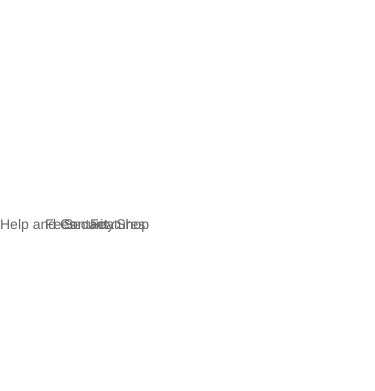
Repository: Jayeola3/Paypal
Page: ppal.html
The author's editor kept a copy of each file at every save. The page is drawn from the files as they stood at one save, then again after the next save.
The browser window is 375 px wide. The pictures show the whole page.
Some web libraries are served in a nearby version.

Above is the page before, as saved 2022-06-29 13:08:16.

### ppal.html
<!DOCTYPE html>
<html lang="en">
<head>
    <meta charset="UTF-8">
    <meta http-equiv="X-UA-Compatible" content="IE=edge">
    <meta name="viewport" content="width=device-width, initial-scale=1.0">
    <title>Document</title>
    <link rel="stylesheet" href="pay.css">
    <link rel="stylesheet" href="paymobile.css">
    <script src="https://kit.fontawesome.com/ae49a07b65.js" crossorigin="anonymous"></script>
    <script>
        function myFunction() {
            //document.getElementById("drops").style.display="block";
            let dosh = document.getElementById("drops");
            let med = document.getElementById("said");
            if (med.onmouseover == true){
                dosh.style.display="block";
            }else {
                dosh.style.display="none";
        }
     }
        </script>
</head>
<body><!----
    <div class="body">
        <div class="head">
            <img src="images/paypal.PNG" alt="" class="pal">
            <h3 class="sonal" id="said" onmouseover="myFunction()">Personal <i class="fa-light fas fa-angle-down"></i></h3>
            <button class="log">Log in</button>
            <button class="sign">Sign up</button>
        </div>
    </div>
    <div class="head2">
        <button class="menus"><i class="fa-light fas fa-bars"></i> Menu</button>
        <img src="images/mobile.JPG" alt="" class="mobpal">
        <button class="logers">Log In</button>
    </div>
    <div class="drop" id="drops">
        <a href="http://" class="link1">How PayPal Works <br><p class="lim">What can you do with a personal account</p></a>
        <a href="http://" class="link2">Pay Online <br><p class="lim2">Online payment without borders</p></a>
        <a href="http://" class="link3">Send Payments <br><p class="lim3">Send payment abroad</p></a>
        <a href="http://" class="link4">Search for Deals <br><p class="lim4">Pay with paypal and save money</p></a>
    </div>
    <div class="div1">
        <div class="in">The simpler, safer <br> way to pay online.</div>
        <button class="free">Sign up for free</button><p class="business">
        Own a business?<a href="http://"> Open a business account</a></p>
    </div>
    <div class="div2">
        <div class="ins">
            Paypal is for everyone who pays online.
        </div>
        <img src="images/1-individuals.jpg" alt="" class="indiv">
        <h3 class="individ">Individuals</h3>
        <p class="reason">Find out why we have more than 200M active accounts worldwide.</p>
        <button class="learn">Learn More</button>
    </div>
    <div class="div3">
        <div class="connect">
            Paypal connects buyers and sellers.
        </div>
        <p class="buys">For buyers <br>____________</p>
        <div class="subs1">
            <img src="images/buyonline_browser1.png" class="image1">
            <div class="num1">
                <p class="one"> 1</p>
             </div>
             <div class="signs">
                 <p  class="steps"><a href="http://" class="links">Sign up</a> with just an email address and <br>password.</p>
             </div>
        </div>
        <div class="subs2">
            <img src="images/buyonline_browser2.png" class="image2">
            <div class="num2">
                <p class="two"> 2</p>
             </div>
             <div class="sig">
                 <p>Securely add a card.</p>
             </div>
        </div>
        <div class="subs3">
            <img src="images/buyonline_browser3.png" class="image3">
            <div class="num3">
                <p class="three"> 3</p>
            </div>
            <div class="sigs">
                <p>Use the paypal button to check out with<br> just an email address and password.</p>
            </div>
        </div>
         <button class="learns"> Learn More</button>
    </div>

    <div class="div4">
        <h2 class="active">Join 200m active PayPal accounts worldwide.</h2>
        <div class="safer">
            <h3 class="safe">Safer and protected</h3>
            <p>Shop with peace of mind. We don't share your full financial information with <br>sellers. And PayPal Buyer Protection covers your eligible purchases if they don't <br>show up or match their description.</p>
            <a href="http://" class="more" id="mores">More about security</a>
        </div>
        <div class="safers">
            <h3 class="safes">Safer and protected</h3>
            <p>Shop with peace of mind. We don't share your<br> full financial information with sellers. And <br>PayPal Buyer Protection covers your eligible <br>purchases if they don't show up or match their <br>description.</p>
            <a href="http://" class="more" id="mores">More about security</a>
        </div>
        <div class="frees">
            <h3 class="front">Mostly free, always upfront</h3>
            <p>its's free to open a PayPal account and buy something using PayPal unless it <br>involves a currency conversion</p>
            <a href="http://" class="more">More about fees</a>
        </div>
        <div class="freess">
            <h3 class="fronts">Mostly free, always <br>upfront</h3>
            <p>its's free to open a PayPal account and buy<br> something using PayPal unless it involves a <br>currency conversion</p>
            <a href="http://" class="more">More about fees</a>
        </div>

        <div class="simple">
            <h3 class="con">Simple and convenient</h3>
            <p >Pay online with yourPayPal password and skip entering your financial <br>information. Or pay even faster with One Touch,stay logged in and check out <br>without entering your password. Plus, rest assured knowing Buyer Protection is <br>available for your eligible purchases.</p>
            <a href="http://" class="more">More about One Touch</a>
        </div>
        <div class="simples">
            <h3 class="cons">Simple and convenient</h3>
            <p >Pay online with yourPayPal password and skip <br> entering your financial information. Or pay even <br>faster with One Touch,stay logged in and <br>check out without entering your password. Plus,<br>rest assured knowing Buyer Protection is <br>available for your eligible purchases.</p>
            <a href="http://" class="more">More about One Touch</a>
        </div>

    </div>
    <div class="div5">
        <h2 class="start">Sign up and get started.</h2>
        <button class="started"> Get Started</button>
    </div>
    <img src="images/flag Niger.png" alt="" class="flags">    -->

    <div class="help">
        <div class="moves">
            <a href="http://" class="lin">Help and Contact</a>
            <a href="http://" class="win"> Fees</a>
            <a href="http://" class="gin">Security</a>
            <a href="http://" class="sin">Features</a>
            <a href="http://" class="qin">Shop</a>
        </div><!----
        <div class="move">
            <a href="http://" class="lin">Help and Contact</a>
            <a href="http://" class="win"> Fees</a>
            <a href="http://" class="gin">Security</a>
            <a href="http://" class="sin">Features</a>
            <a href="http://" class="qin">Shop</a>
        </div><!----
        <div class="bout">
            <a href="http://" class="bin">About</a>
            <a href="http://" class="won">Newsrooms</a>
            <a href="http://" class="gon">Jobs</a>
            <a href="http://" class="son">Sitemaps</a>
            <a href="http://" class="qon">Developers</a>
            <a href="http://" class="rights">1999-2022 All rights reserved.</a>
            <a href="http://" class="access">Accessibility</a>
            <a href="http://" class="privacy">Privacy</a>
            <a href="http://" class="legal">Legal</a>
        </div>
        <p class="limited">PayPal Pte. Ltd. (“3PL”) has applied for a license under the Singapore Payment Services Act (“PS Act”) with the Monetary Authority of Singapore. During this statutory transitional period, 3PL is operating under an <br>exemption from holding a license and is allowed to continue to provide specific payment services.</p>
    </div>
</body>
</html>

### pay.css
*{
    font-family: "Helvetica Neue",Helvetica,Arial,sans-serif;
}
body{
    padding: 0;
    margin: 0;
}
.head{
    width: 100%;
    height: 10%;
    position: absolute;
    top: 0%;
}
.head2{
    display: none;
}
.pal{
    position: absolute;
    left: 7%;
    top:10%;
}
.drop{
    width: 100%;
    height: 25%;
    position: absolute;
    top: 10%;
    display: none;
    background-color:blue;
    font-size: 14px;
    font-weight: 10;
    z-index: 1;
}
.link1{
    position: absolute;
    top: 10%;
    left: 15%;
    width: 20%;
}
.link1:hover{
    color: white;
    text-decoration: underline;
}
.link2{
    position:absolute;
    top: 60%;
    left: 15%;
    width: 18%;
}
.link2:hover{
    color: white;
    text-decoration: underline;
}
.link3{
    position: absolute;
    right: 23.5%;
    top: 10%;
    width: 18%;
}
.link3:hover{
    color: white;
    text-decoration: underline;
}
.link4{
    position: absolute;
    right: 23.5%;
    top: 60%;
    width: 18%;
}
.link4:hover{
    color: white;
    text-decoration: underline;
}
.lim{
    position: absolute;
    top: 65%;
    font-size: smaller;
}
.lim:hover{
    color: white;
    text-decoration: underline;
}
.lim2{
    position: absolute;
    top: 65%;
    font-size: smaller;
}
.lim2:hover{
    color: white;
    text-decoration: underline;
}
.lim3{
    position: absolute;
    top: 65%;
    font-size: smaller;
}
.lim3:hover{
    color: white;
    text-decoration: underline;
}
.lim4{
    position: absolute;
    top: 65%;
    font-size: smaller;
}
.lim4:hover{
    color: white;
    text-decoration: underline;
}
.sonal{
    position: absolute;
    left: 46%;
    top:10%;
}
.log{
    position: absolute;
    right: 16%;
    top: 30%;
    font-size: 13px;
    font-weight: 800;
    color: blue;
    background-color: white;
    border: 1px solid blue;
    width: 6%;
    height: 50%;
    border-radius: 15px;
}
.sign{
    position: absolute;
    right: 9%;
    top: 30%;
    background-color: blue;
    color: white;
    font-size: 13px;
    font-weight: 800;
    box-shadow: none;
    width: 6%;
    height: 50%;
    border-radius: 18px;
    border: none;
}
.div1{
    background-color: blueviolet;
    width: 100%;
    height: 60%;
    position: absolute;
    bottom: 30%;
    text-align: center;
    font-weight: 100;
    color: white;
    font-size: 45px;
}
.in{
    position: absolute;
    top: 28%;
    left: 36%;
}
.free{
    position: absolute;
    top: 58%;
    left: 37%;
    width: 25%;
    height: 10%;
    border:none;
    border-radius: 18px;
    color: white;
    background-color: blue;
    font-size: 16px;
    font-weight: 600;
}
.business{
    position: absolute;
    top: 67%;
    left: 37%;
    font-size: 15px;
}
a{
    font-weight: 800;
    text-decoration: none;
    color: white;
}
a:hover{
    text-decoration: underline;
    color: blue;
}
.div2{
    width: 100%;
    height: 50%;
    position: absolute;
    top: 80%;
    text-align: center;
    font-weight: 100;
    font-size: 45px;
}
.indiv{
    position: absolute;
    top: 28%;
    left: 48%;
}
.individ{
    position: absolute;
    top: 48%;
    left: 46%;
    font-size: 25px;
}
.reason{
    position: absolute;
    top:63%;
    left: 32%;
    font-size: 18px;
}
.learn{
    position: absolute;
    top: 79%;
    left: 44%;
    font-size: 15px;
    font-weight: 600;
    width: 13%;
    color: blue;
    background-color: white;
    border-radius: 29px;
    border:1.5px solid blue;
    height: 15%;
}
.div3{
    width: 100%;
    height: 80%;
    position: absolute;
    top: 140%;
    text-align: center;
    background-color: #f7f9fa;
    font-weight: 100;
    font-size: 45px;
}
.connect{
    position: absolute;
    top: 7%;
    left: 30%;
    font-size: 35px;
    font-weight: light;
}
.buys{
    position: absolute;
    top: 18%;
    left: 47%;
    font-size: 14px;
    font-weight: 10;
}
.image1{
    position: absolute;
    top: 32%;
    left: 13%;
}
.image2{
    position: absolute;
    top: 32%;
    left: 43%;
}
.image3{
    position: absolute;
    top: 32%;
    left: 73%;
}
.num1{
    position: absolute;
    top: 64%;
    left: 7%;
    width: 3%;
    height: 7.5%;
    font-size: 20px;
    border:1px solid gray;
    border-radius: 100%;
}
.one{
    position: absolute;
    top:-27%;
    left: 37%;
}
.signs{
    position: absolute;
    top:62%;
    left: 11%;
    font-size: 14px;
    text-align: justify;
}
.links{
    color:blue;
    text-decoration: none;
}
.links:hover{
    color:blue;
    text-decoration: underline;
}
.num2{
    position: absolute;
    top: 64%;
    left: 39%;
    width: 3%;
    height: 7.5%;
    font-size: 20px;
    border:1px solid gray;
    border-radius: 100%;
}
.two{
    position: absolute;
    top:-27%;
    left: 37%;
}
.sig{
    position: absolute;
    top:62%;
    left: 43%;
    font-size: 14px;
}
.num3{
    position: absolute;
    top: 64%;
    left: 69%;
    width: 3%;
    height: 7.5%;
    font-size: 20px;
    border:1px solid gray;
    border-radius: 100%;
}
.three{
    position: absolute;
    top:-27%;
    left: 37%;
}
.sigs{
    position: absolute;
    top:62%;
    left: 73%;
    text-align: justify;
    font-size: 14px;
}
.learns{
    position: absolute;
    top: 80%;
    left: 42%;
    font-size: 15px;
    font-weight: 600;
    width: 14%;
    background-color: #ffffff;
    color: blue;
    border-radius: 29px;
    border:1.5px solid blue;
    height: 10%;
}

.div4{
    width: 100%;
    height: 80%;
    position: absolute;
    top: 220%;
    background-color: blue;

}
.active{
    font-size: 40px;
    position: absolute;
    left: 19%;
    top: 3%;
    color: white;
}
.simple{
    position: absolute;
    left: 50%;
    top: 38%;
    color: white;
    font-size: 14.994px;
    font-weight: 500;
    font-family: "Helvetica Neue",Helvetica,Arial,sans-serif;;
}
.con{
    position: absolute;
    top: -47%;
    font-size: 28px;
    font-weight: 200;
}
.pro{
    width: 50%;
    position: absolute;
    top: 90%;
}
.frees{
    position: absolute;
    left: 8%;
    top: 75%;
    color: white;
    font-size: 14.994px;
    font-weight: 500;
    font-family: "Helvetica Neue",Helvetica,Arial,sans-serif;
}
.front{
    position: absolute;
    top: -65%;
    font-size: 28px;
    font-weight: 200;
}
.safer{
    position: absolute;
    left: 5%;
    top: 38%;
    font-size: 14.994 px;
    font-weight: 500;
    font-family: "Helvetica Neue",Helvetica,Arial,sans-serif;
    color: white;
}
.safe{
    position: absolute;
    top: -57%;
    font-size: 28px;
    font-weight: 200;
}
#mores{
    position: absolute;
    top: 120%;
}
.more{
    font-size: 15px;
    font-weight: 800;
}
.more:hover{
    text-decoration: underline;
    color: white;
}
.freess{
    display: none;
}
.simples{
    display: none;
}
.safers{
    display: none;
}
.div5{
    width: 100%;
    height: 45%;
    position: absolute;
    top: 300%;
    text-align: center;
    background-color:#f7f9fa;
}
.start{
    position:absolute;
    top: 20%;
    left: 40%;
    color: #2c2e2f;
    font-size: 26px;
    font-weight: 100;
}
.started{
    position: absolute;
    top: 45%;
    left: 38%;
    width: 24%;
    height: 15%;
    border: none;
    border-radius: 124px;
    font-weight: 800;
    background-color: #0070ba;
    color: white;
}
.help{
    width: 100%;
    height: 34%;
    position: absolute;
    top: 340%;
}.moves{
    display: none;
}
.move{
    display: block;
    position: absolute;
    left: 7%;
    top: 25%;
    width: 85%;
    height: 25%;
    font-size: 15px;
    font-weight: 100;
    text-align:center;
    border:1px dotted #666666;
    border-top: none;
    border-left: none;
    border-right: none;
}
.lin{
    position: absolute;
    left: 0%;
    top: 50%;
    color: #666666;
    font-size: 14px;
    font-weight: 200;
}
.lin:hover{
    color: #666666;
}
.win{
    position: absolute;
    left: 12%;
    top: 50%;
    color: #666666;
    font-size: 14px;
    font-weight: 200;
}
.win:hover{
    color: #666666;
}
.gin{
    position: absolute;
    left: 17%;
    top: 50%;
    color: #666666;
    font-size: 14px;
    font-weight: 200;
}
.gin:hover{
    color: #666666;
}
.sin{
    position: absolute;
    left: 24%;
    top: 50%;
    color: #666666;
    font-size: 14px;
    font-weight: 200;
}
.sin:hover{
    color: #666666;
}
.qin{
    position: absolute;
    left: 31%;
    top: 50%;
    color: #666666;
    font-size: 14px;
    font-weight: 200;
}
.qin:hover{
    color: #666666;
}
.bout{
    position: absolute;
    left: 7%;
    top: 54%;
    width: 85%;
    font-size: 10.9px;
    color: #666666;

}
.bin{
    color: #666666;
    font-weight: lighter;
}
.bin:hover{
    color: #666666;
}
.won{
    position: absolute;
    left: 4%;
    color: #666666;
    font-weight: lighter;
}
.won:hover{
    color: #666666;
}
.gon{
    position: absolute;
    left: 11%;
    color: #666666;
    font-weight: lighter;
}
.gon:hover{
    color: #666666;
}
.son{
    position: absolute;
    left: 15%;
    color: #666666;
    font-weight: lighter;
}
.son:hover{
    color: #666666;
}
.qon{
    position: absolute;
    left: 21%;
    color: #666666;
    font-weight: lighter;
}
.qon:hover{
    color: #666666;
}
.rights{
    position: absolute;
    left: 65%;
    font-weight: lighter;
    color: #666666;
}
.rights:hover{
    color: #666666;
    text-decoration: none;
}
.access{
    position: absolute;
    left: 82%;
    color: #666666;
    font-weight: lighter;
}
.access:hover{
    color: #666666;
}
.privacy{
    position: absolute;
    left: 91%;
    color: #666666;
    font-weight: lighter;
}
.privacy:hover{
    color: #666666;
}
.legal{
    position: absolute;
    left: 97%;
    color: #666666;
    font-weight: lighter;
}
.legal:hover{
    color: #666666;
}
.limited{
    position: absolute;
    top: 65%;
    left: 7%;
    font-size: 12px;
}

### paymobile.css
@media screen and (max-width:480px) {
    *{
        font-family: "Helvetica Neue",Helvetica,Arial,sans-serif;
    }
    body{
        padding: 0;
        margin: 0;
    }
    .head{
        display: none;
    }
    .head2{
        display: block;
        width: 100%;
    }
    .menus{
        width: 23%;
        height: 6%;
        position: absolute;
        top: 2%;
        left: 5%;
        font-size: 14px;
        font-weight: 700;
        border-radius: 22px;
        border: 1.5px solid blue;
        color:blue;
        background-color: #ffffff;
    }
    .logers{
        width: 23%;
        height: 6%;
        position: absolute;
        top: 2%;
        right: 6%;
        font-size: 14px;
        font-weight: 700;
        border-radius: 22px;
        border: 1.5px solid blue;
        color:blue;
        background-color: #ffffff;
    }
    .mobpal{
        position: absolute;
        top: 1.7%;
        left: 45%;
    }
    .drops{
        display: none;
    }
    .div1{
    background-color: blueviolet;
    width: 100%;
    height: 48%;
    position: absolute;
    bottom: 41%;
    text-align: center;
    font-weight: 100;
    color: white;
    font-size: 45px;
    }
    .in{
    font-size: 40px;
    font-weight: 100;
    width: 90%;
    position: absolute;
    top: 16%;
    left: 5%;
    }
    .free{
        position: absolute;
        top: 54%;
        left: 5%;
        width: 89%;
        height: 13%;
        border:none;
        border-radius: 25px;
        color: white;
        background-color: blue;
        font-size: 16px;
        font-weight: 600;
    }
    .business{
        width: 85%;
        position: absolute;
        top: 72%;
        left: 7%;
        font-size: 15px;
    }
    a{
        font-weight: 600;
        font-size: 15px;
        text-decoration: none;
        color: white;
    }
    a:hover{
        text-decoration: underline;
        color: blue;
    }
    .div2{
        width: 100%;
        height: 60%;
        position: absolute;
        top: 64%;
        text-align: center;
        font-weight: 100;
        font-size: 45px;
    }
    .ins{
        width: 85%;
        font-size: 32px;
        position:absolute;
        top:2%;
        left: 8%;
        letter-spacing: 0.5px;
    }
    .indiv{
        position: absolute;
        left: 40%;
        padding-top: 2px;
    }
    .individ{
        position: absolute;
        top: 44%;
        letter-spacing: 1px;
        left: 33%;
        font-size: 28px;
        font-weight: lighter;
    }
    .reason{
        width: 95%;
        position: absolute;
        top: 59%;
        left: 2%;
        font-size: 17.5px;
    }
    .learn{
        position: absolute;
        top: 78%;
        left: 26%;
        font-size: 18px;
        font-weight: 600;
        width: 48%;
        color: blue;
        background-color: white;
        border-radius: 39px;
        border:1.3px solid blue;
        height: 13%;
    }
    .div3{
        width: 100%;
        height: 200%;
        position: absolute;
        top: 130%;
        text-align: center;
        background-color: #f7f9fa;
        font-weight: 100;
        font-size: 45px;
    }
    .connect{
        width: 70%;
        position: absolute;
        top: 5%;
        left: 18.5%;
        font-size: 36px;
        font-weight: light;
    }
    .buys{
        position: absolute;
        top: 12%;
        left: 43%;
        font-size: 16px;
        font-weight: 700;
    }
    .subs1{
        height: 25%;
        width: 99%;
        border-bottom: 1px solid gray;
        position: absolute;
        top: 17%;
    }
    .image1{
        width: 60%;
        position: absolute;
        left: 20%;
        top: 6%;
    }
    .num1{
        position: absolute;
        top: 76%;
        left: 7%;
        width: 10%;
        height: 13%;
        font-size: 20px;
        border:1px solid gray;
        border-radius: 100%;
        text-align: center;
    }
    .one{
        position: absolute;
        top: -17%;
    }
    .links{
        color:blue;
        font-size: 18px;
        text-decoration: none;
    }
    .links:hover{
        color:blue;
        text-decoration: underline;
    }
    .signs{
        position: absolute;
        top: 73%;
        left: 21%;
        font-size: 18px;
        word-spacing: 2px;
    }
    .subs2{
        height: 25%;
        width: 99%;
        border-bottom: 1px solid gray;
        position: absolute;
        top: 42%;
    }
    .image2{
        width: 60%;
        position: absolute;
        left: 20%;
        top: 7%;
    }
    .num2{
        position: absolute;
        top: 76%;
        left: 7%;
        width: 10%;
        height: 13%;
        font-size: 20px;
        border:1px solid gray;
        border-radius: 100%;
        text-align: center;
    }
    .two{
        position: absolute;
        top: -16%;
    }
    .sig{
        position: absolute;
        top: 74%;
        left: 21%;
        font-size: 19px;
        word-spacing: 2px;
    }
    .subs3{
        height: 25%;
        width: 99%;
        border:none;
        position: absolute;
        top: 67.1%;
    }
    .image3{
        width: 60%;
        position: absolute;
        left: 20%;
        top: 7%;
    }
    .num3{
        position: absolute;
        top: 76%;
        left: 7%;
        width: 10%;
        height: 13%;
        font-size: 20px;
        border:1px solid gray;
        border-radius: 100%;
        text-align: center;
    }
    .three{
        position: absolute;
        top: -16%;
    }
    .sigs{
        position: absolute;
        top: 72%;
        left: 21%;
        font-size: 19px;
        word-spacing: 2px;
    }
    .learns{
        position: absolute;
        top: 92%;
        left: 20%;
        font-size: 16px;
        font-weight: 700;
        width: 59%;
        background-color: #ffffff;
        color: blue;
        border-radius: 29px;
        border:1.5px solid blue;
        height: 4%;
    }
    .div4{
        width: 100%;
        height: 145%;
        position: absolute;
        top: 328%;
        background-color: blue;

    }
    .active{
        width: 80%;
        font-size: 35px;
        position: absolute;
        left: 9.5%;
        font-weight: 400;
        top: 2%;
        text-align: center;
        color: white;
    }
    .simples{
        position: absolute;
        left: 3%;
        top: 50%;
        font-size: 14.994 px;
        display: block;
        line-height: 30px;
        font-weight: 500;
        font-size: 17.2px;
        width: 100%;
        font-family: "Helvetica Neue",Helvetica,Arial,sans-serif;
        color: white;
    }
    .cons{
        position: absolute;
        top: -30%;
        font-size: 32px;
        font-weight: 200;
    }
    .pro{
        width: 50%;
        position: absolute;
        top: 90%;
    }
    .freess{
        position: absolute;
        left: 3%;
        top: 82%;
        font-size: 14.994 px;
        display: block;
        line-height: 28px;
        font-weight: 500;
        font-size: 17.2px;
        width: 100%;
        font-family: "Helvetica Neue",Helvetica,Arial,sans-serif;
        color: white;
    }
    .fronts{
        position: absolute;
        top: -65%;
        font-size: 32px;
        line-height: 30px;
        font-weight: 200;
    }
    .safer{
        display: none;
    }
    .simple{
        display: none;
    }
    .frees{
        display: none;
    }
    .safers{
        position: absolute;
        left: 3%;
        top: 24%;
        font-size: 14.994 px;
        display: block;
        line-height: 28px;
        font-weight: 500;
        font-size: 16px;
        width: 90%;
        font-family: "Helvetica Neue",Helvetica,Arial,sans-serif;
        color: white;
    }
    .safes{
        position: absolute;
        top: -45%;
        font-size: 32px;
        font-weight: 200;
    }
    #mores{
        position: absolute;
        top: 110%;
    }
    .more{
        font-size: 16px;
        font-weight: 800;
    }
    .more:hover{
        text-decoration: underline;
        color: white;
    }
    .div5{
        width: 100%;
        height: 25%;
        position: absolute;
        top: 472%;
        text-align: center;
        background-color:#f7f9fa;
    }
    .start{
        position:absolute;
        top: 15%;
        left: 15%;
        color: black;
        font-size: 32px;
        font-weight: 500;
    }
    .started{
        position: absolute;
        top: 59%;
        left: 10%;
        width: 80%;
        height: 25%;
        border: none;
        font-size: 15.9px;
        border-radius: 124px;
        font-weight: 600;
        background-color: #0070ba;
        color: white;
    }
    .flags{
        width: 7%;
        height: 3%;
        position:absolute;
        top: 500%;
        left: 46.5%;
    }
    .move{
        display: none;
    }
    .help{
        position: absolute;
        top: 10%;
    }
    .moves{
        display: inline-block;
        width: 85%;
    }
}

After the next save:
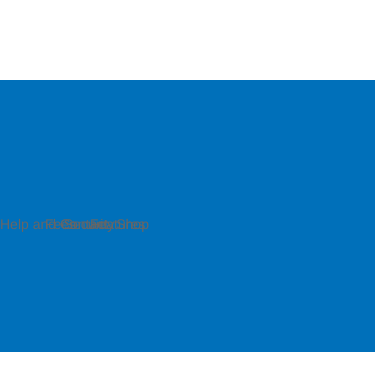
Saved 21 s later.
--- a/paymobile.css
+++ b/paymobile.css
@@ -442,9 +442,10 @@
     .help{
         position: absolute;
         top: 10%;
+        background-color: #0070ba;
     }
     .moves{
         display: inline-block;
-        width: 85%;
+
     }
 }
